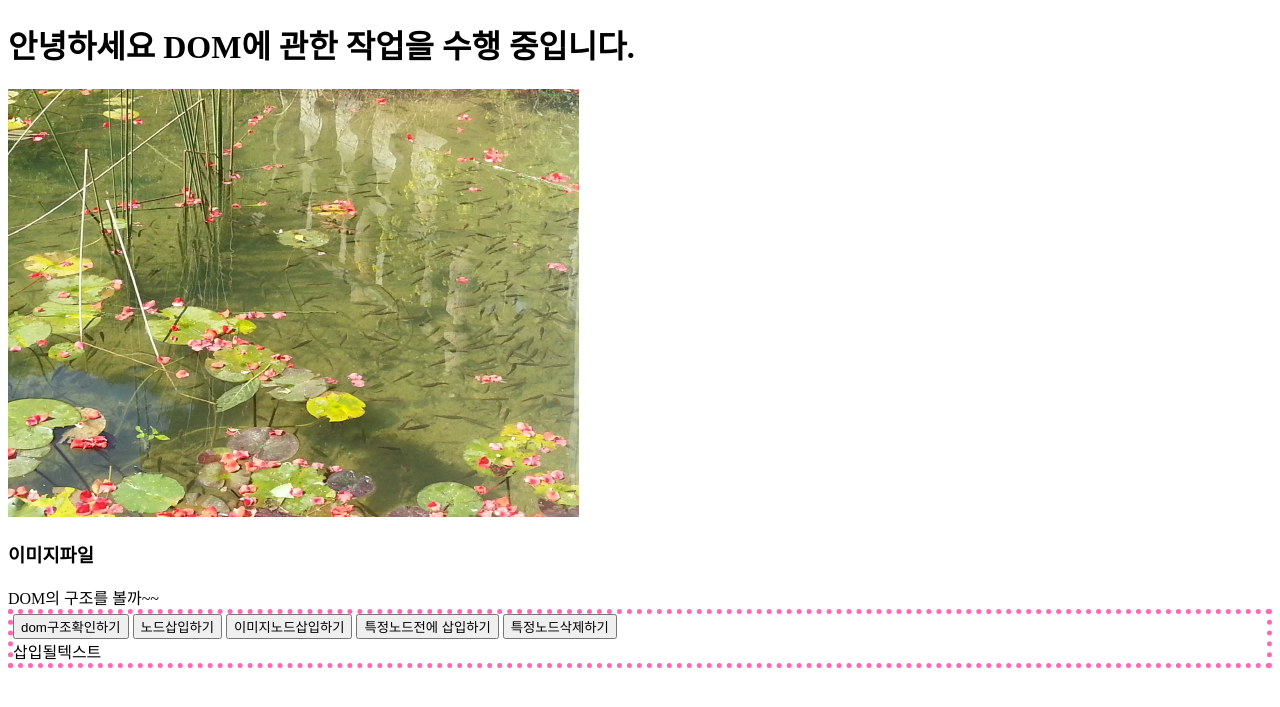
Repository: snowcuphea/webwork_class
Page: clientweb/WebContent/js_dom/js_basic_dom_nodeinsert.html
The author's editor kept a copy of each file at every save. The page is drawn from the files as they stood at one save, then again after the next save.
The browser window is 1280 px wide. The pictures show the whole page.
After loading, the first visible `#btninsert` was clicked once.

Above is the page before, as saved 2020-01-10 04:26:38.

After the next save:
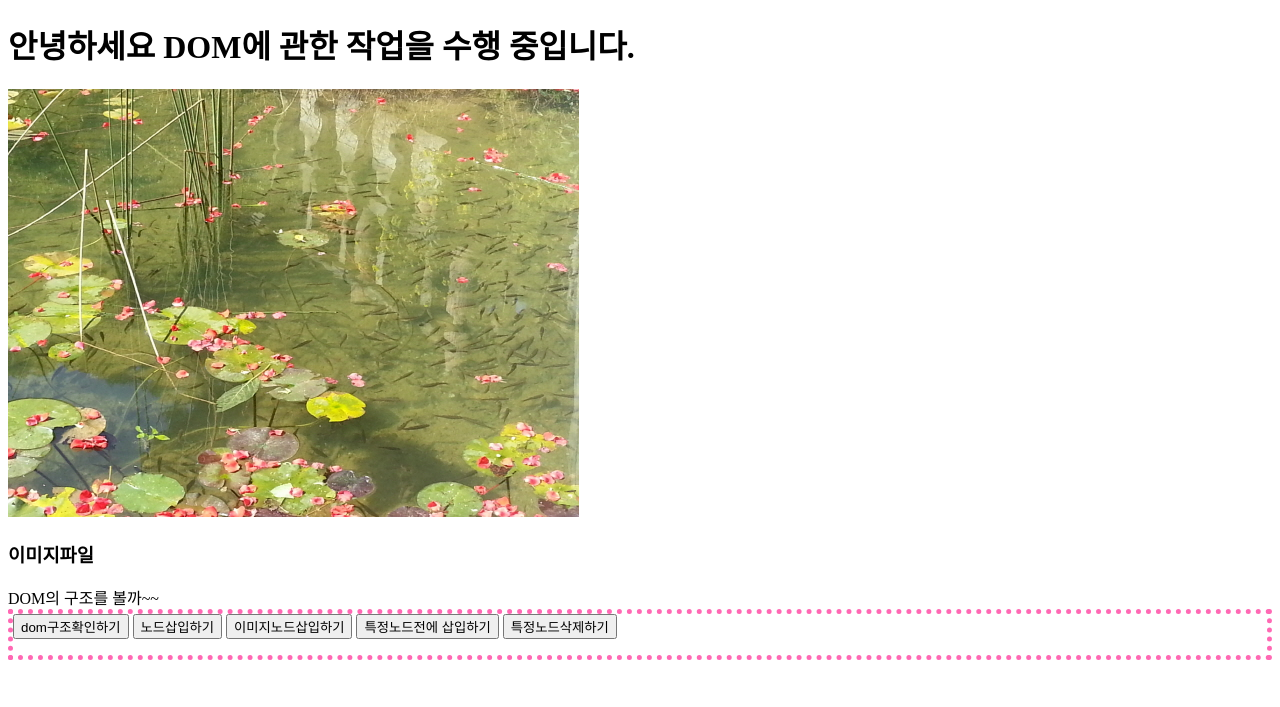
Saved 13 min 32 s later.
--- a/clientweb/WebContent/js_dom/js_basic_dom_nodeinsert.html
+++ b/clientweb/WebContent/js_dom/js_basic_dom_nodeinsert.html
@@ -9,7 +9,7 @@
 			//alert("test"); //오류가있는지없는지 테스트하고 시작
 			// <노드추가 3step>
 			// 1. 노드 생성
-			newTextNode = document.createTextNode("삽입될텍스트 ");
+			newTextNode = document.createElement("p");
 
 			// 2. 삽입될 상위 노드를 구하기
 			targetNode = document.getElementById("domtestbtn");

After the save that followed:
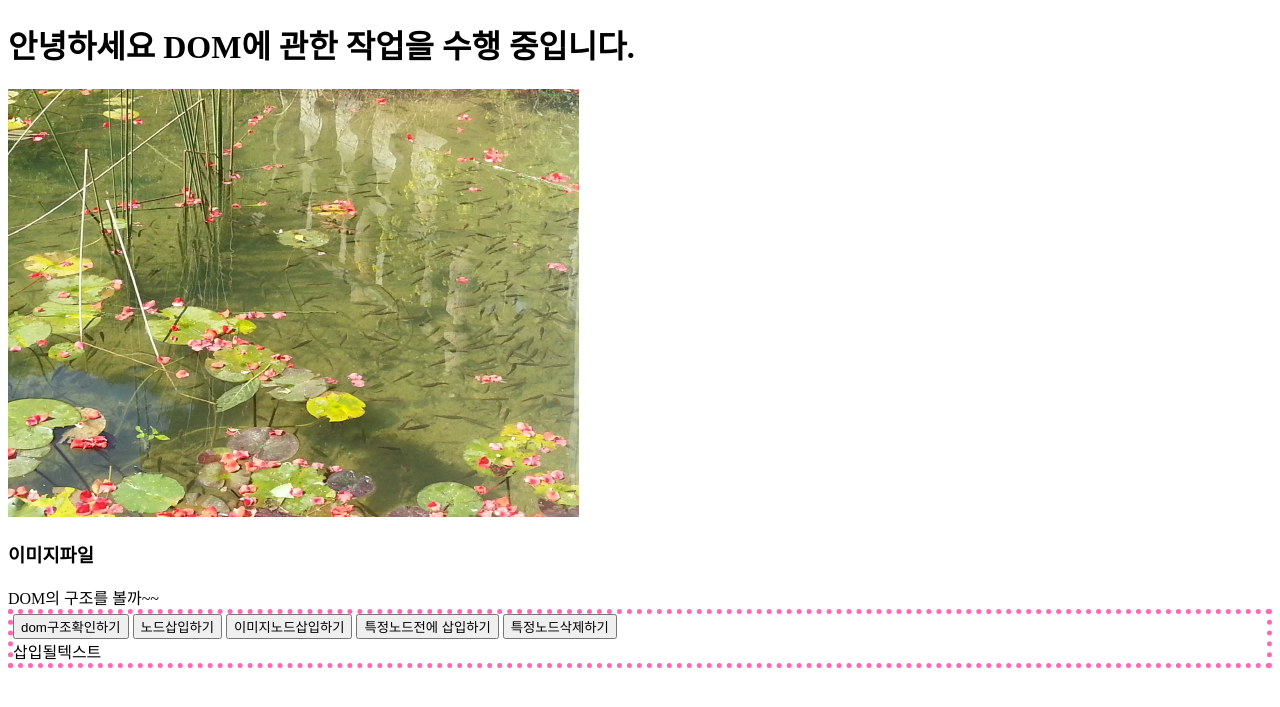
Saved 42 s later.
--- a/clientweb/WebContent/js_dom/js_basic_dom_nodeinsert.html
+++ b/clientweb/WebContent/js_dom/js_basic_dom_nodeinsert.html
@@ -9,7 +9,7 @@
 			//alert("test"); //오류가있는지없는지 테스트하고 시작
 			// <노드추가 3step>
 			// 1. 노드 생성
-			newTextNode = document.createElement("p");
+			newTextNode = document.createTextNode("삽입될텍스트 ");
 
 			// 2. 삽입될 상위 노드를 구하기
 			targetNode = document.getElementById("domtestbtn");
